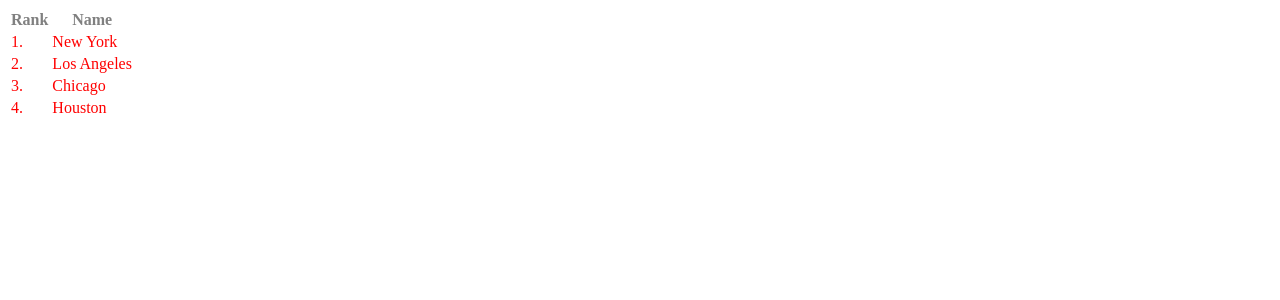
Repository: rmcc0724/html_challenge
Page: Brainrider/index.html
The author's editor kept a record of every edit. The page is drawn from the files as they stood at one moment, then again after the next edit.
The browser window is 1280 px wide. The pictures show the whole page.

Above is the page before.

After the next edit:
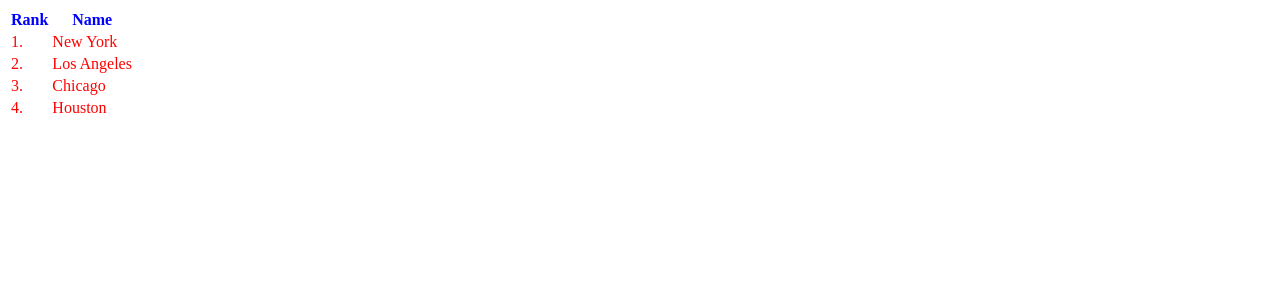
The edit:
--- a/Brainrider/index.html
+++ b/Brainrider/index.html
@@ -13,9 +13,10 @@
 td {
     color: red;
 }
-      thead {
-        color: #808080;
-      }
+
+tr {
+    color: blue;
+}
 
 
     </style>
